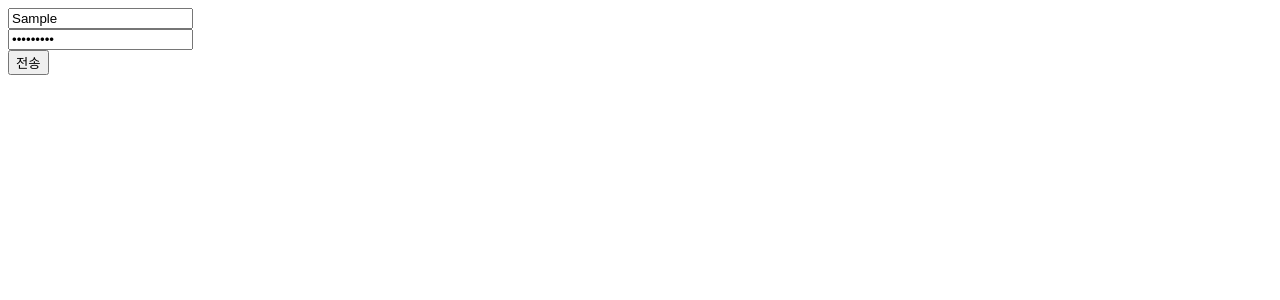
Repository: kimeuiyeob/KOPO_JSP_Study_2
Page: http://localhost/JspStudy/Ajax.jsp
The author's editor kept a copy of each file at every save. The page is drawn from the files as they stood at one save, then again after the next save.
The browser window is 1280 px wide. The pictures show the whole page.
Empty fields were first filled with sample values (such as "Sample", 5 or name@example.com).
After loading, the first visible `#goAjax` was clicked once.
The page is served by Tomcat 9. Other server files are loaded and not shown. Queries for data that is not in the repository find no rows.

Above is the page before, as saved 2023-06-20 23:34:31.

### JspStudy/src/main/webapp/Ajax.jsp
<%@ page language="java" contentType="text/html; charset=UTF-8" pageEncoding="UTF-8"%>
<!DOCTYPE html>
<html>
<head>
<meta charset="UTF-8">
<title>Insert title here</title>
</head>

<script src="https://ajax.googleapis.com/ajax/libs/jquery/3.5.1/jquery.min.js"></script>
<script>
	$(function() {
		$("#goAjax").click(function() {

			var id = $("#id").val();
			var pw = $("#pw").val();

			console.log(id);
			console.log(pw);

			let datas = {
				id : id,
				pw : pw
			};

			$.ajax({
				url : "getAjax.jsp",
				type : "post",
				data : datas,
				success : function() {
					console.log("성공");
					$('#msg').html(msg);
				},
				error : function(request, status, error) {
					console.log(request);
					console.log(status);
					console.log(error);
				}
			});

		});
	});
</script>

<body>

	<form>
		<input type="text" name="id" id="id" placeholder="아이디를 입력해주세요">
		<div id="msg"></div>
		<input type="password" name="pw" id="pw" placeholder="비밀번호를 입력해주세요">
	</form>
	<button type="button" id="goAjax">전송</button>

</body>
</html>

### JspStudy/src/main/webapp/getAjax.jsp
<%@ page import="java.sql.PreparedStatement"%>
<%@ page import="java.sql.Statement"%>
<%@ page import="java.sql.ResultSet"%>
<%@ page language="java" contentType="text/html; charset=UTF-8" pageEncoding="UTF-8"%>
<%@ page import="common.*"%>
<%@ page import="java.util.*"%>

<!DOCTYPE html>
<html>
<head>
<meta charset="UTF-8">
<title>Insert title here</title>
</head>
<body>

	<%

	/* 업데이트 */
	JDBConnecter jDBConnecter = new JDBConnecter(application);


	String sql2 = "select * from member";
	Statement stmt = jDBConnecter.con.createStatement();
	ResultSet rs = stmt.executeQuery(sql2);

	String id = request.getParameter("id");
	String pass = request.getParameter("pw");

	while(rs.next()) {
		if(rs.getString(1).equals(id)) {

		}
	}


	String name = "KIM";
	String sql = "insert into member values (?,?,?,sysdate)";

	PreparedStatement psmt = jDBConnecter.con.prepareStatement(sql);
	psmt.setString(1, id);
	psmt.setString(2, pass);
	psmt.setString(3, name);

	int intResult = psmt.executeUpdate();
	out.print(intResult + " 입력 완료!!");

	jDBConnecter.JDBConnecterClose();
	%>




</body>
</html>

### JspStudy/src/main/java/common/JDBConnecter.java
package common;

import java.sql.Connection;
import java.sql.DriverManager;
import java.sql.PreparedStatement;
import java.sql.ResultSet;
import java.sql.SQLException;
import java.sql.Statement;

import javax.servlet.ServletContext;

public class JDBConnecter {

	public Connection con; // DB연결
	public Statement stmt; // 파라미터 X 쿼리문
	public PreparedStatement psmt; // 파라미터 O 쿼리문
	public ResultSet rs; // 쿼리문 결과 저장

	public JDBConnecter() {

		String driver = "oracle.jdbc.OracleDriver";
		String url = "jdbc:oracle:thin:@localhost:1521:xe";
		String userid = "kopo07";
		String passwd = "1234";

		try {
			Class.forName(driver);
			con = DriverManager.getConnection(url, userid, passwd);
			System.out.println("연결 성공!!");
		} catch (ClassNotFoundException e) {
			e.getStackTrace();
		} catch (SQLException e) {
			e.getStackTrace();
		} finally {
			try {
				if (rs != null)
					rs.close();
				if (stmt != null)
					stmt.close();
				if (psmt != null)
					psmt.close();
				if (con != null)
					con.close();
			} catch (SQLException e) {
				e.getStackTrace();
			}
		}
	}

	// ====================================================================

	public JDBConnecter(String driver, String url, String id, String pw) {
		try {
			Class.forName(driver);
			con = DriverManager.getConnection(url, id, pw);
			System.out.println("DB 연결 성공!!");
		} catch (Exception e) {
			e.printStackTrace();
		}
	}

	// ====================================================================

	public JDBConnecter(ServletContext application) {

		String driver = application.getInitParameter("OracleDriver");
		String url = application.getInitParameter("OracleURL");
		String id = application.getInitParameter("OracleId");
		String pw = application.getInitParameter("OraclePw");

		try {
			Class.forName(driver);
			con = DriverManager.getConnection(url, id, pw);
			System.out.println("DB 연결 성공!!");
		} catch (Exception e) {
			e.printStackTrace();
		}
	}

	// ====================================================================

	public void JDBConnecterClose() {
		try {
			if (rs != null)
				rs.close();
			if (stmt != null)
				stmt.close();
			if (psmt != null)
				psmt.close();
			if (con != null)
				con.close();
			System.out.println("DB 닫기 성공!!");
		} catch (Exception e) {
			e.printStackTrace();
		}
	}

}

After the next save:
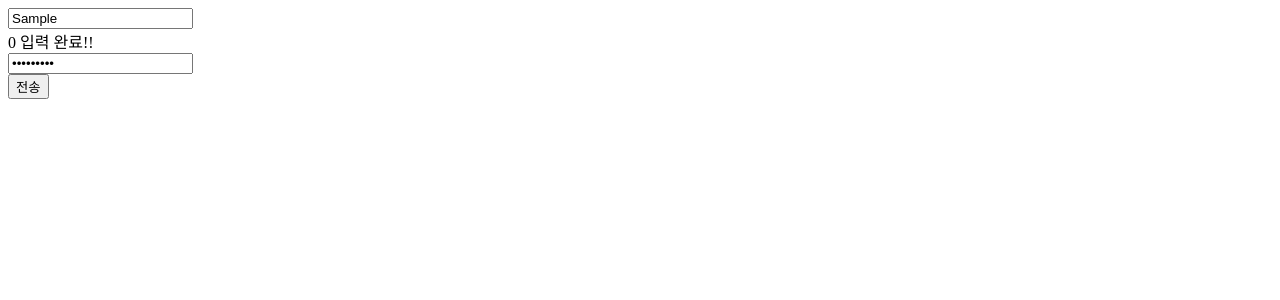
Saved 8 s later.
--- a/JspStudy/src/main/webapp/Ajax.jsp
+++ b/JspStudy/src/main/webapp/Ajax.jsp
@@ -26,7 +26,7 @@
 				url : "getAjax.jsp",
 				type : "post",
 				data : datas,
-				success : function() {
+				success : function(msg) {
 					console.log("성공");
 					$('#msg').html(msg);
 				},
